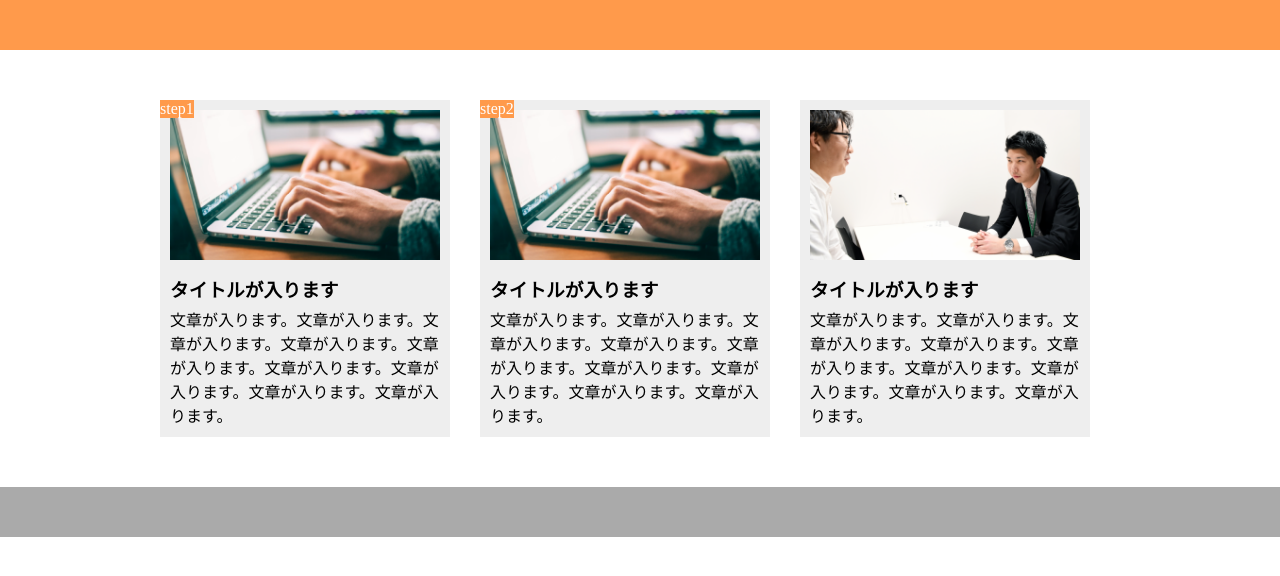
Repository: Takahiro620/dmmwebcamp
Page: enshu9/enshu9.html
The author's editor kept a record of every edit. The page is drawn from the files as they stood at one moment, then again after the next edit.
The browser window is 1280 px wide. The pictures show the whole page.

Above is the page before.

After the next edit:
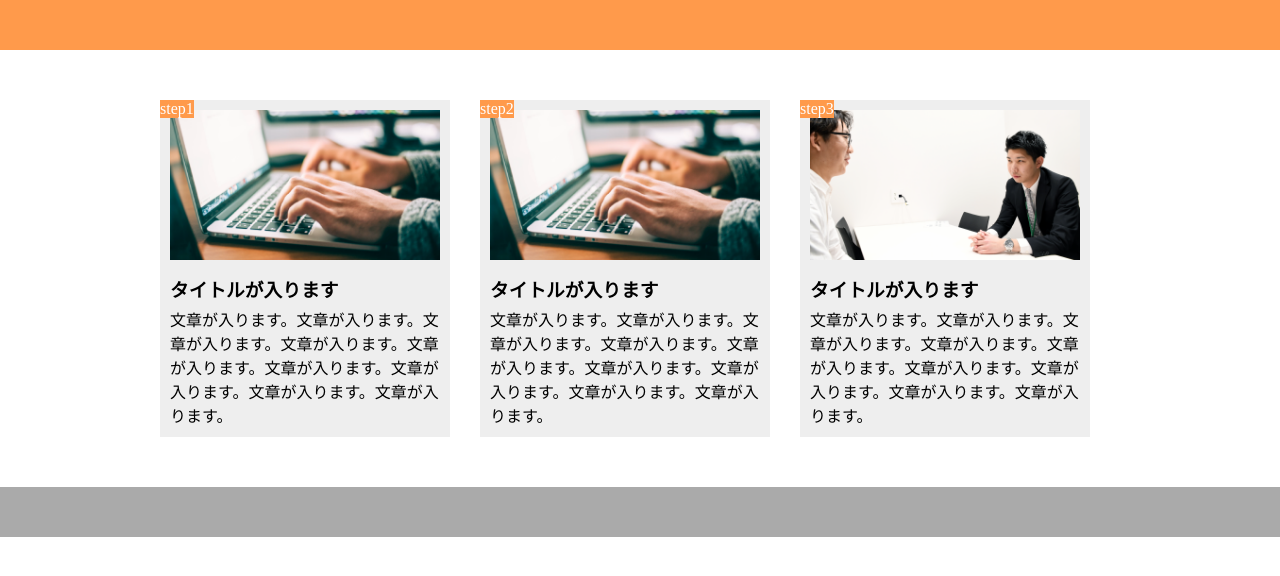
The edit:
--- a/enshu9/enshu9.html
+++ b/enshu9/enshu9.html
@@ -34,6 +34,7 @@
 
       <span class="main-3">
         <div class="image-3"></div>
+        <span class="step-num">step3</span>
         <h3 class="title">タイトルが入ります</h2>
         <p class="text">文章が入ります。文章が入ります。文章が入ります。文章が入ります。文章が入ります。文章が入ります。文章が入ります。文章が入ります。文章が入ります。</p>
       </span>
